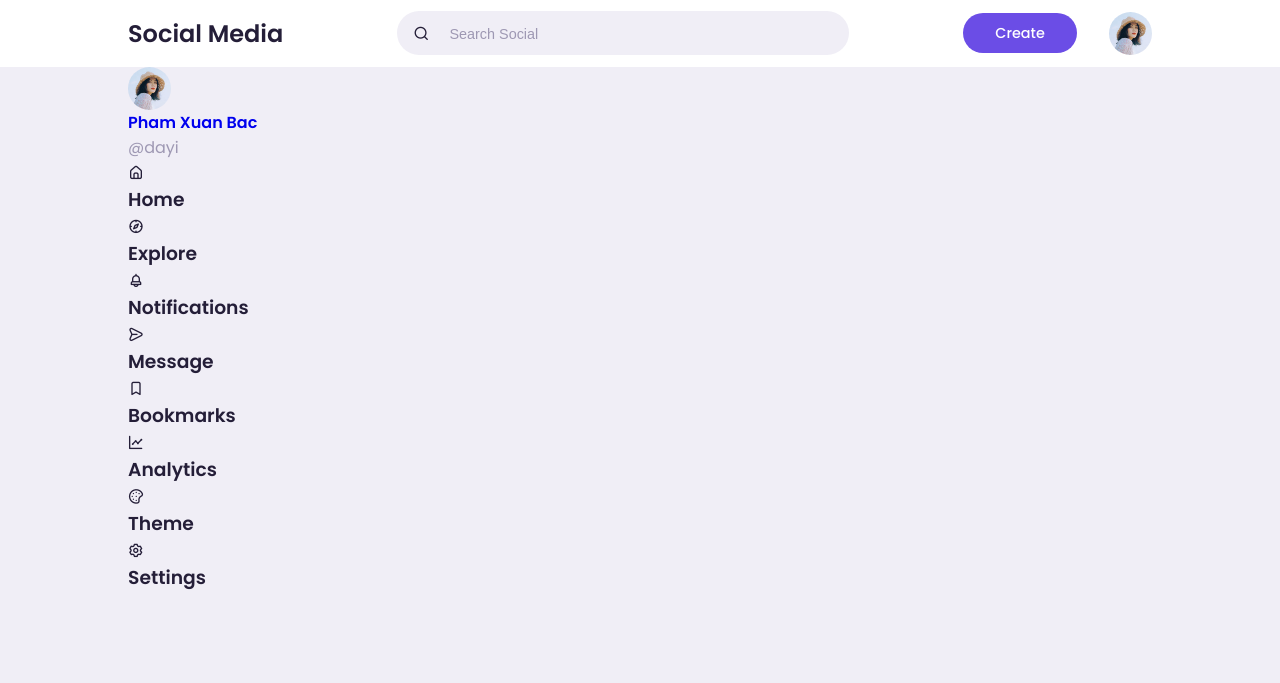
Repository: northpx/socialMedia
Page: index.html
The author's editor kept a copy of each file at every save. The page is drawn from the files as they stood at one save, then again after the next save.
The browser window is 1280 px wide. The pictures show the whole page.

Above is the page before, as saved 2023-03-07 17:01:59.

After the next save:
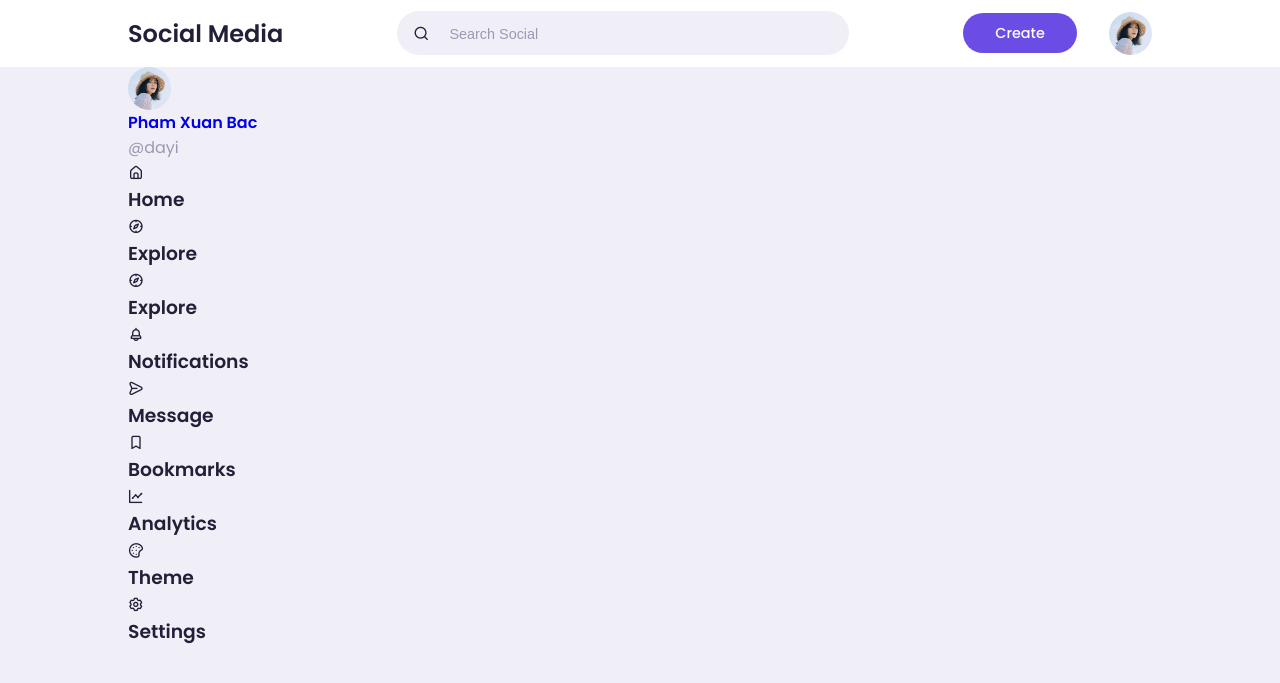
Saved 6 s later.
--- a/index.html
+++ b/index.html
@@ -50,6 +50,9 @@
                     <a class="menu-item active">
                         <span><i class="uil uil-compass"></i></span><h3>Explore</h3>
                     </a>
+                    <a class="menu-item active">
+                        <span><i class="uil uil-compass"></i></span><h3>Explore</h3>
+                    </a>
 
                     <span><i class="uil uil-bell"></i></span><h3>Notifications</h3>
                     <span><i class="uil uil-message"></i></span><h3>Message</h3>

After the 2 saves that followed:
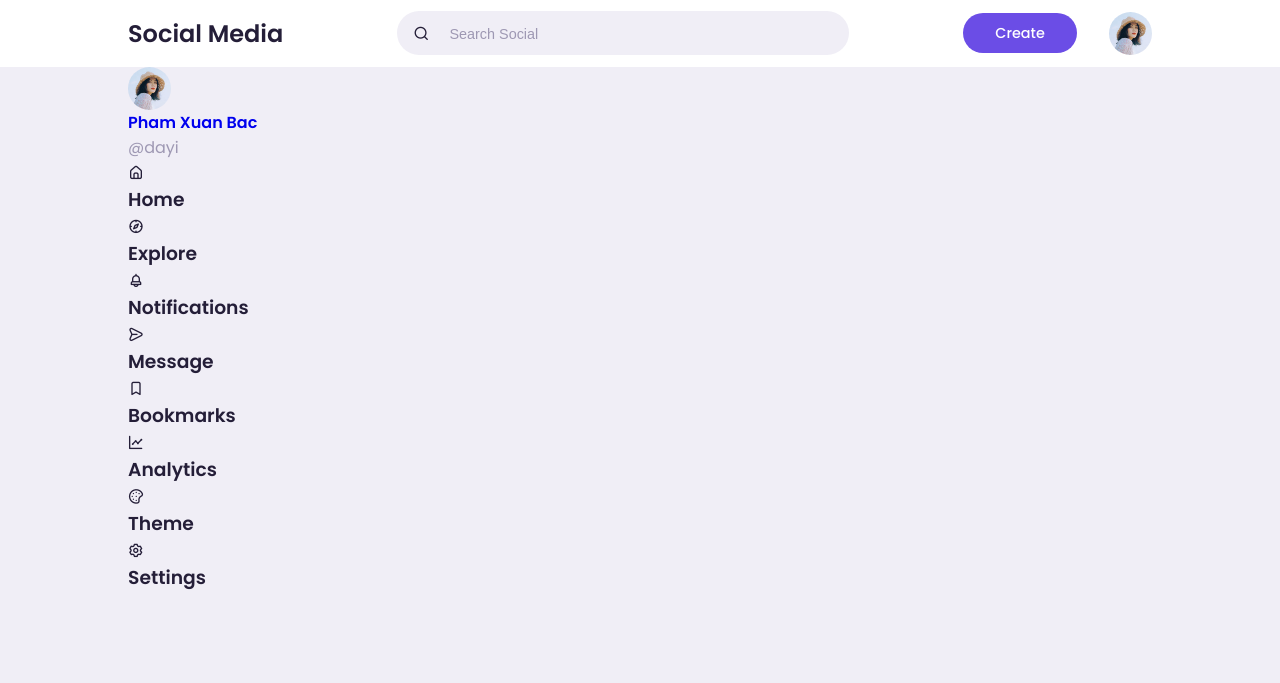
The 2 saves are shown as one change because they came seconds apart.
The last was saved 9 s later.
--- a/index.html
+++ b/index.html
@@ -51,10 +51,10 @@
                         <span><i class="uil uil-compass"></i></span><h3>Explore</h3>
                     </a>
                     <a class="menu-item active">
-                        <span><i class="uil uil-compass"></i></span><h3>Explore</h3>
+                        <span><i class="uil uil-bell"></i></span><h3>Notifications</h3>
                     </a>
 
-                    <span><i class="uil uil-bell"></i></span><h3>Notifications</h3>
+
                     <span><i class="uil uil-message"></i></span><h3>Message</h3>
                     <span><i class="uil uil-bookmark"></i></span><h3>Bookmarks</h3>
                     <span><i class="uil uil-chart-line"></i></span><h3>Analytics</h3>
